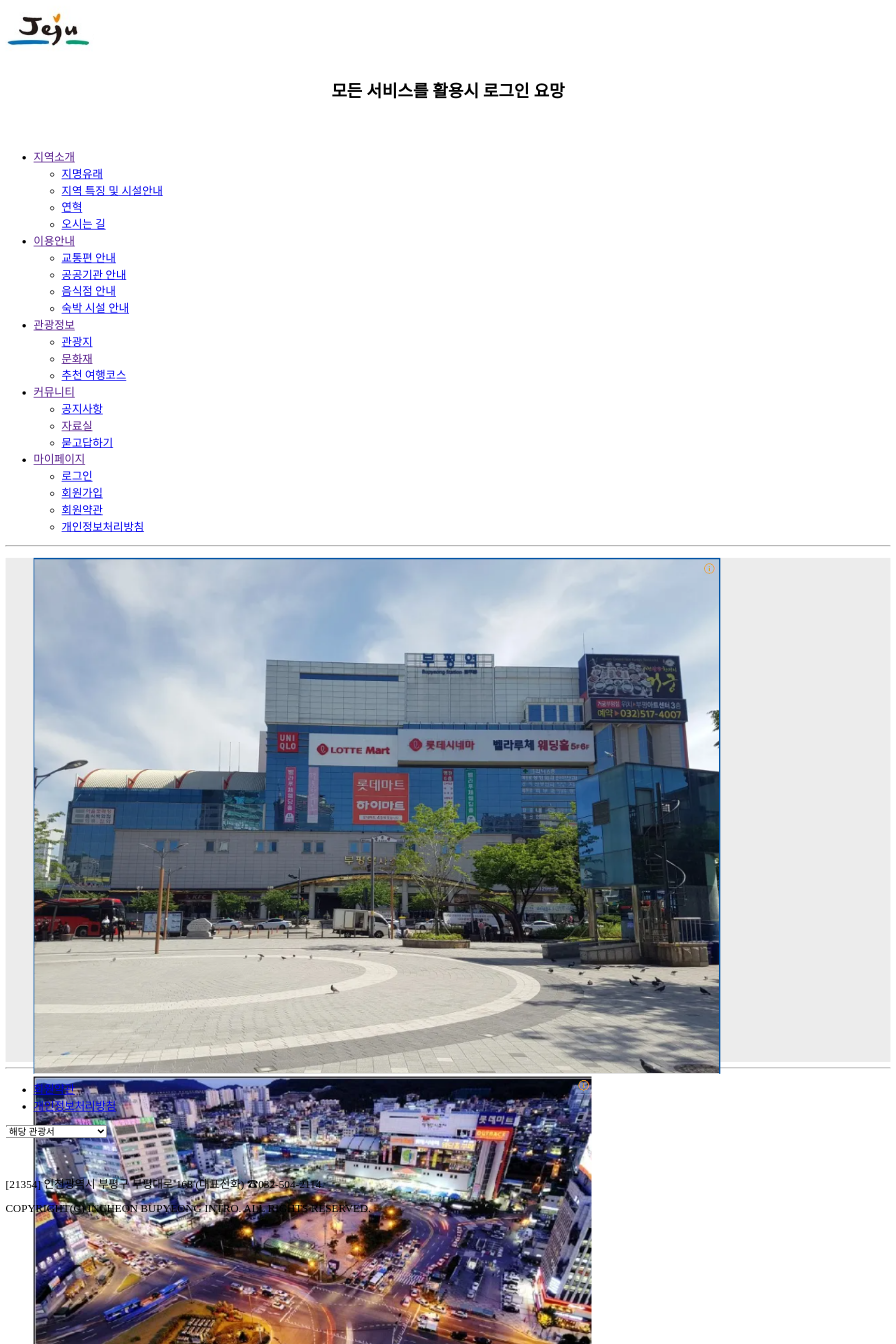
Repository: dlsqja432/Jeju-project
Page: http://localhost/jejudo/
An editor plug-in stored every save of this project. The page is shown before and after the next save, followed by the edit.
The browser window is 1280 px wide. The pictures show the part of the page from y = 0 to 1920 px (the page is 2831 px tall before and 2735 px after), at 70% of full size.
The page is served by Tomcat 9. Other server files are loaded and not shown.

Above is the page before, as saved 2024-04-16 00:18:51.

### jejudo/WebContent/WEB-INF/index.jsp
<%@ page language="java" contentType="text/html; charset=UTF-8"
    pageEncoding="UTF-8"%>
<%@ taglib prefix="c" uri="http://java.sun.com/jsp/jstl/core" %>
<%@ taglib prefix="fmt" uri="http://java.sun.com/jsp/jstl/fmt" %>
<c:set var="path0" value="<%=request.getContextPath() %>" />
<!DOCTYPE html>
<html>
<head>
<meta charset="UTF-8">
<title>${title }</title>
<%@ include file="/head.jsp" %>
<style>
.container {width:1400px; }
.page { clear:both; height:100vh; }
.page_title { font-size:36px; padding-top:2em; text-align:center; }
#page1 { background-color:#ececec }
#page2 { background-color:#fbffc4 }
#page3 { background-color:#f9d6ff }
#page4 { background-color:#d6f5ff }
</style>
</head>
<body>
<div id="header">
	<%@ include file="/header.jsp" %>
</div>
<div id="contents">
	<section class="page" id="page1">
		<figure id="vs">
			<div id="carouselExampleControls" class="carousel slide" data-ride="carousel">
			  <div class="carousel-inner">
			    <div class="carousel-item active">
			      <img src="${path0 }/images/vs4.png" class="d-block w-100" alt="...">
			    </div>
			    <div class="carousel-item">
			      <img src="${path0 }/images/vs5.png" class="d-block w-100" alt="...">
			    </div>
			    <div class="carousel-item">
			      <img src="${path0 }/images/vs6.png" class="d-block w-100" alt="...">
			    </div>
			  </div>
			 <button class="carousel-control-prev" type="button" data-target="#carouselExampleControls" data-slide="prev">
			    <span class="carousel-control-prev-icon" aria-hidden="true"></span>
			    <span class="sr-only">Previous</span>
			  </button>
			  <button class="carousel-control-next" type="button" data-target="#carouselExampleControls" data-slide="next">
			    <span class="carousel-control-next-icon" aria-hidden="true"></span>
			    <span class="sr-only">Next</span>
			  </button>
			</div>
		</figure>
		<h3 class="page_title"></h3>
	</section>
	<div class="">
	</div>
</div>
<div id="footer">
	<%@ include file="/footer.jsp" %>
</div>
</body>
</html>

### jejudo/WebContent/header.jsp
<%@ page language="java" contentType="text/html; charset=UTF-8"
    pageEncoding="UTF-8"%>
<%@ taglib prefix="c" uri="http://java.sun.com/jsp/jstl/core" %>
<%@ taglib prefix="fmt" uri="http://java.sun.com/jsp/jstl/fmt" %>
<c:set var="hpath" value="<%=request.getContextPath() %>" />
<header>
	<div class="logo_wrap">
		<a href="/jeju"><img src="${hpath }/images/Logo.png" alt="제주도 로고" /></a>
	</div>
	<div id="tnb" style="height:100px; line-height:2rem; padding-top:1rem">
		<c:if test="${not empty sid }">
		<h2 style="text-align:center;">${sname } 님 환영합니다.</h2>
		</c:if>
		<c:if test="${empty sid }">
		<h2 style="text-align:center;">모든 서비스를 활용시 로그인 요망</h2>
		</c:if>
	</div>
	<nav id="gnb">
		<ul class="">
			<li class="item">
				<a href="" class="dp1">지역소개</a>
				<ul class="sub_menu">
					<li><a href="${hpath }/intro/origin.jsp">지명유래</a></li>
					<li><a href="${hpath }/intro/facility.jsp">지역 특징 및 시설안내</a></li>
					<li><a href="${hpath }/intro/history.jsp">연혁</a></li>
					<li><a href="${hpath }/intro/map.jsp">오시는 길</a></li>
				</ul>
			</li>
			<li class="item">
				<a href="" class="dp1">이용안내</a>
				<ul class="sub_menu">
					<li><a href="${hpath }/GetTrafficList.do">교통편 안내</a></li>
					<li><a href="${hpath }/tour/building.jsp">공공기관 안내</a></li>
					<li><a href="${hpath }/tour/association.jsp">음식점 안내</a></li>
					<li><a href="${hpath }/tour/lodg.jsp">숙박 시설 안내</a></li>
				</ul>
			</li>
			<li class="item">
				<a href="" class="dp1">관광정보</a>
				<ul class="sub_menu">
					<li><a href="${hpath }/NotiList.do">관광지</a></li>
					<li><a href="">문화재</a></li>
					<li><a href="${hpath }/GetQnaList.do">추천 여행코스</a></li>
				</ul>
			</li>
			<li class="item">
				<a href="" class="dp1">커뮤니티</a>
				<ul class="sub_menu">
					<li><a href="${hpath }/NotiList.do">공지사항</a></li>
					<li><a href="">자료실</a></li>
					<li><a href="${hpath }/GetQnaList.do">묻고답하기</a></li>
				</ul>
			</li>
			<li class="item">
				<a href="" class="dp1">마이페이지</a>
				<ul class="sub_menu">
					<c:if test="${empty sid }">
					<li><a href="${hpath }/member/login.jsp">로그인</a></li>
					<li><a href="${hpath }/member/term.jsp">회원가입</a></li>
					</c:if>
					<c:if test="${not empty sid }">
					<li><a href="${hpath }/Logout.do">로그아웃</a></li>
					<li><a href="${hpath }/EditMember.do?id=${sid }">회원정보</a></li>
					</c:if>
					<c:if test="${sid.equals('admin') }">
					<li><a href="${hpath }/AdminMain.do">관리자</a></li>
					</c:if>
					<li><a href="${hpath }/member/terms.jsp">회원약관</a></li>
					<li><a href="${hpath }/member/policy.jsp">개인정보처리방침</a></li>
				</ul>
			</li>
		</ul>
	</nav>
</header>
<hr>

### jejudo/WebContent/footer.jsp
<%@ page language="java" contentType="text/html; charset=UTF-8"
    pageEncoding="UTF-8"%>
<%@ taglib prefix="c" uri="http://java.sun.com/jsp/jstl/core" %>
<%@ taglib prefix="fmt" uri="http://java.sun.com/jsp/jstl/fmt" %>
<c:set var="fpath" value="<%=request.getContextPath() %>" />
<hr>
<footer>
	<div class="ft_wrap">
		<nav id="fnb">
			<ul>
				<li><a href="${hpath }/member/terms.jsp">회원약관</a></li>
				<li><a href="${hpath }/member/policy.jsp">개인정보처리방침</a></li>
			</ul>
		</nav>
		<div id="loc">
			<select name="sel" id="sel" onchange="locate()">
				<option value="">해당 관광서</option>
				<option value="https://www.geumcheon.go.kr/portal/contents.do?key=651">부평동동주민센터</option>
				<option value="https://www.smpa.go.kr/user/nd19306.do">부평파출소</option>
				<option value="https://www.life114.co.kr/html/board/view.asp?M_SEQ=1877802#google_vignette">인천부평디지털우체국</option>
			</select>
		</div>
		<script>
		function locate(){
			var sel = document.getElementById("sel");
			if(sel.value!=""){
				window.open(sel.value);
			}
		}
		</script>
		<br><br>
		<div id="copyright">
			<p class="addr">[21354] 인천광역시 부평구 부평대로 168 (대표전화) ☎032-504-2114</p>
			<p class="copy">COPYRIGHT(C) INCHEON BUPYEONG INTRO. ALL RIGHTS RESERVED.</p>
		</div>
	</div>
</footer>

### jejudo/src/org/jeju/ctrl/Main.java
package org.jeju.ctrl;

import java.io.IOException;

import javax.servlet.RequestDispatcher;
import javax.servlet.ServletContext;
import javax.servlet.ServletException;
import javax.servlet.annotation.WebServlet;
import javax.servlet.http.HttpServlet;
import javax.servlet.http.HttpServletRequest;
import javax.servlet.http.HttpServletResponse;

@WebServlet("/jeju")
public class Main extends HttpServlet {
	private static final long serialVersionUID = 1L;

    public Main() {
        super();
    }

	protected void service(HttpServletRequest request, HttpServletResponse response) throws ServletException, IOException {
		ServletContext application = request.getServletContext();
		String realPath = request.getSession().getServletContext().getRealPath("/");
		application.setAttribute("realPath", realPath);
		application.setAttribute("title", "부평 소개");

//		List<Notice> latestNotiList = new ArrayList<>();
//		List<Qna> latestQnaList = new ArrayList<>();

//		request.setAttribute("latestNotiList", latestNotiList);
//		request.setAttribute("latestQnaList", latestQnaList);
		request.setAttribute("idol1", "./images/idol1.jpg");
		RequestDispatcher view = request.getRequestDispatcher("/WEB-INF/index.jsp");
		view.forward(request, response);
	}
}

Loaded but not shown: jejudo/WebContent/head.jsp (common file)

After the next save:
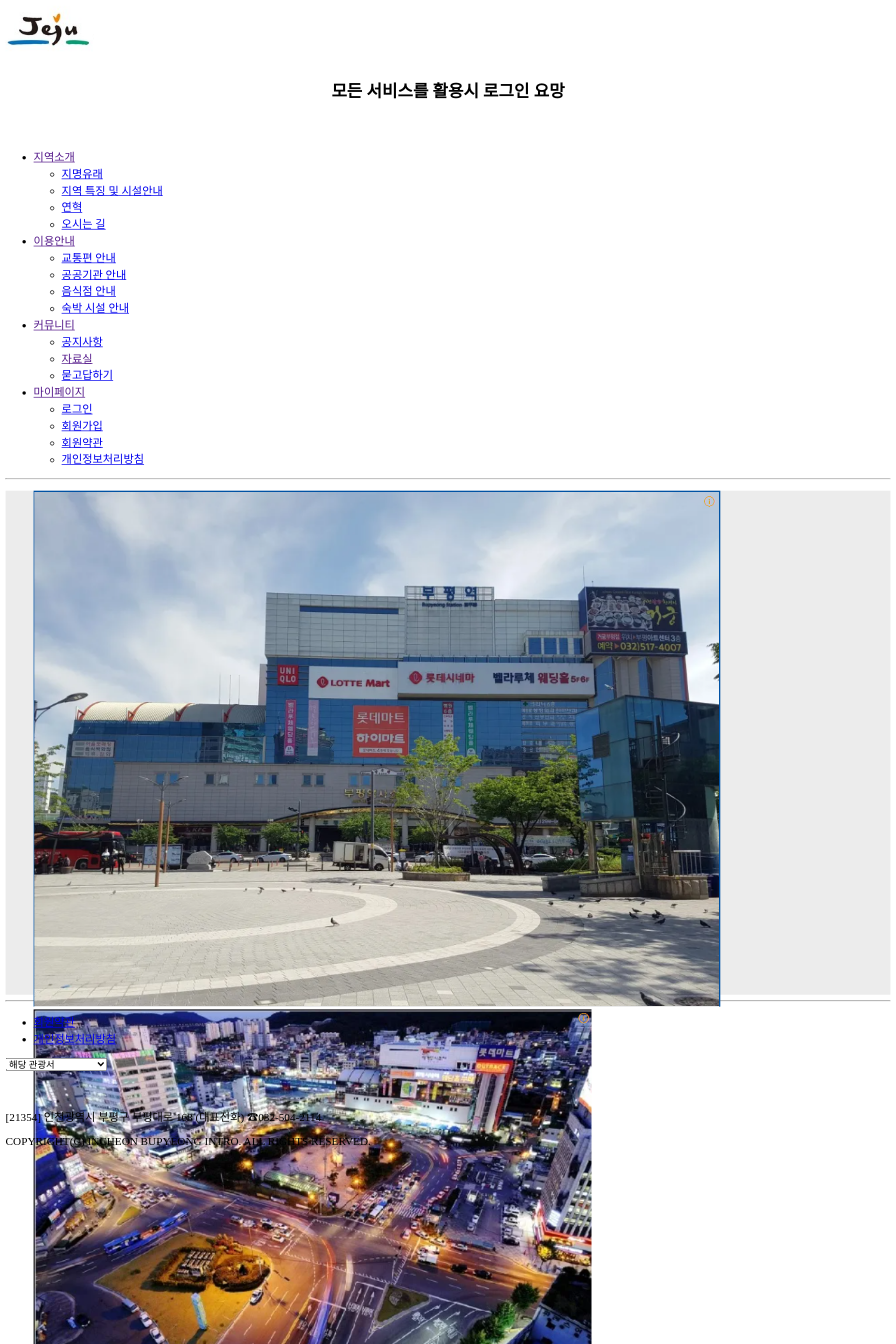
Saved 12 s later.
--- a/jejudo/WebContent/header.jsp
+++ b/jejudo/WebContent/header.jsp
@@ -35,14 +35,7 @@
 					<li><a href="${hpath }/tour/lodg.jsp">숙박 시설 안내</a></li>
 				</ul>
 			</li>
-			<li class="item">
-				<a href="" class="dp1">관광정보</a>
-				<ul class="sub_menu">
-					<li><a href="${hpath }/NotiList.do">관광지</a></li>
-					<li><a href="">문화재</a></li>
-					<li><a href="${hpath }/GetQnaList.do">추천 여행코스</a></li>
-				</ul>
-			</li>
+
 			<li class="item">
 				<a href="" class="dp1">커뮤니티</a>
 				<ul class="sub_menu">

After the save that followed:
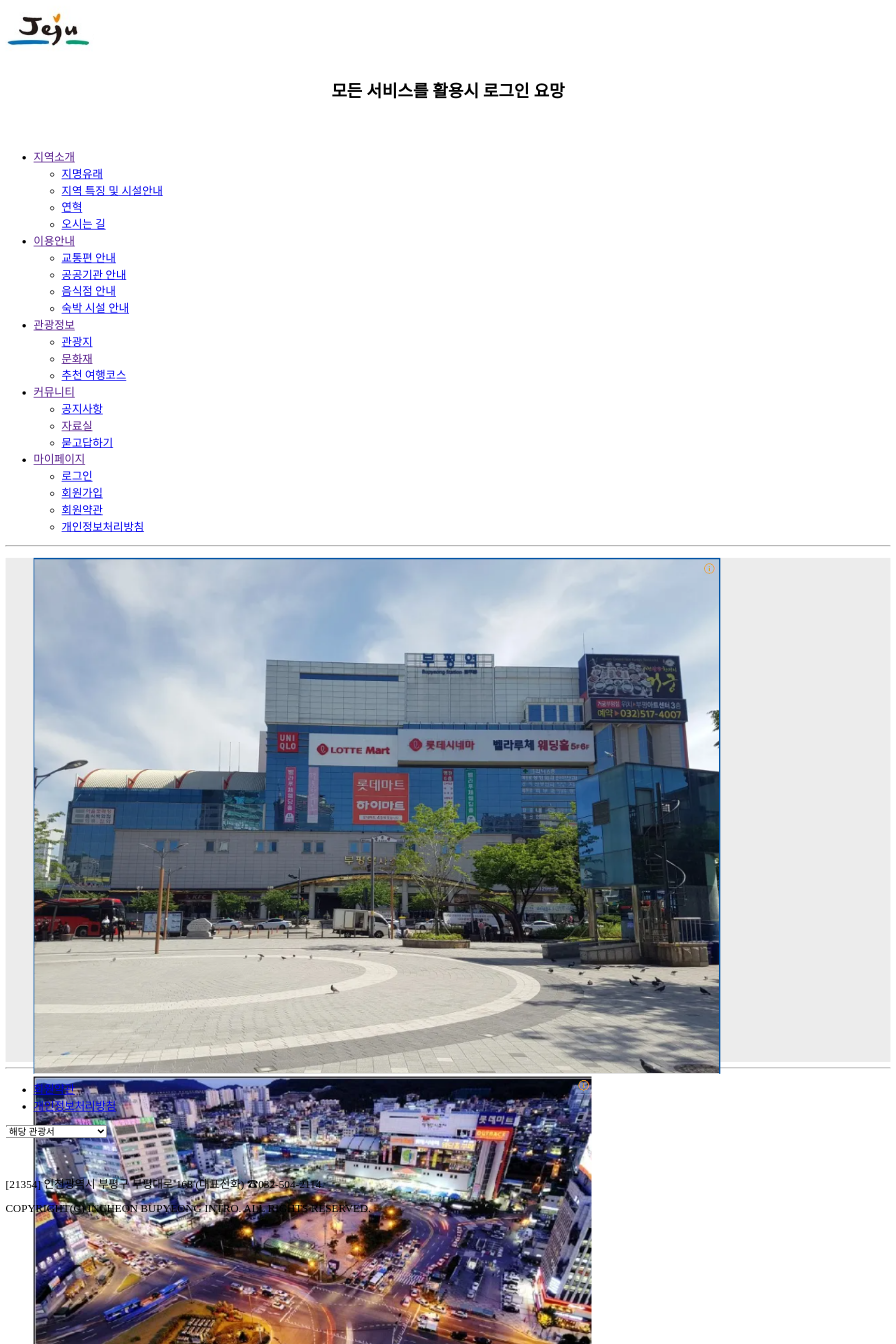
Saved 12 s later.
--- a/jejudo/WebContent/header.jsp
+++ b/jejudo/WebContent/header.jsp
@@ -35,7 +35,14 @@
 					<li><a href="${hpath }/tour/lodg.jsp">숙박 시설 안내</a></li>
 				</ul>
 			</li>
-
+			<li class="item">
+				<a href="" class="dp1">관광정보</a>
+				<ul class="sub_menu">
+					<li><a href="${hpath }/NotiList.do">관광지</a></li>
+					<li><a href="">문화재</a></li>
+					<li><a href="${hpath }/GetQnaList.do">추천 여행코스</a></li>
+				</ul>
+			</li>
 			<li class="item">
 				<a href="" class="dp1">커뮤니티</a>
 				<ul class="sub_menu">
